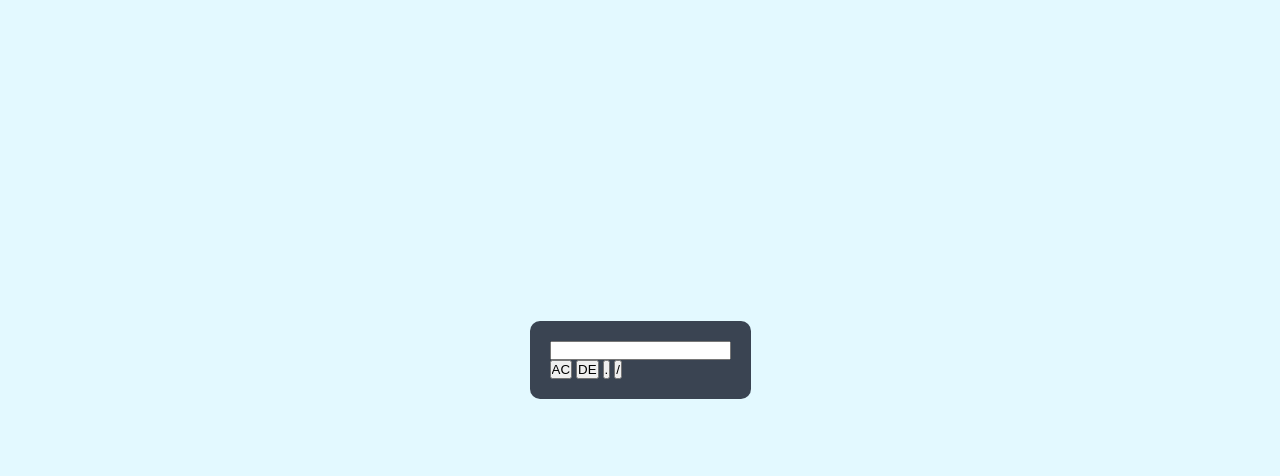
Repository: joeltorcato/CALCULATOR
Page: index.html
An editor plug-in stored every save of this project. The page is shown before and after the next save, followed by the edit.
The browser window is 1280 px wide. The pictures show the whole page.

Above is the page before, as saved 2023-12-31 18:59:18.

### index.html
<!DOCTYPE html>
<html lang="en">
<head>
    <meta charset="UTF-8">
    <meta name="viewport" content="width=device-width, initial-scale=1.0">
    <link rel="stylesheet" href="style.css">
    <title>CALCULATOR | JOEL TORCATO</title>
</head>
<body>
    <div class="container">
        <div class="calculator">
            <form>
                <div>
                    <input type="text" name="display">
                </div>
                <div>
                    <input type="button" value="AC">
                    <input type="button" value="DE">
                    <input type="button" value=".">
                    <input type="button" value="/">
                </div>
            </form>
        </div>
    </div>
</body>
</html>

### style.css
*{
    margin: 0;
    padding: 0;
    font-family: 'Poppins' sans-serif;
    box-sizing: border-box;
}

/*container*/
.container{
    width: 100%;
    height: 100vh;
    background: #e3f9ff;
    display: flex;
    align-items: center;
    justify-content: center;
}

/*calculator*/
.calculator{
    background: #3a4452;
    padding: 20px;
    border-radius: 10px;
}

After the next save:
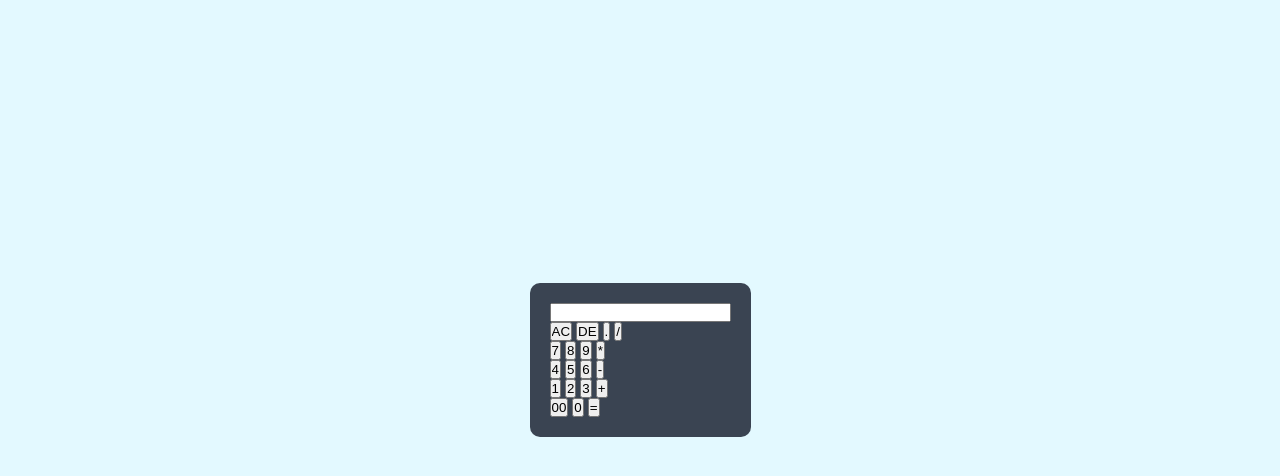
Saved 115 s later.
--- a/index.html
+++ b/index.html
@@ -19,6 +19,29 @@
                     <input type="button" value=".">
                     <input type="button" value="/">
                 </div>
+                <div>
+                    <input type="button" value="7">
+                    <input type="button" value="8">
+                    <input type="button" value="9">
+                    <input type="button" value="*">
+                </div>
+                <div>
+                    <input type="button" value="4">
+                    <input type="button" value="5">
+                    <input type="button" value="6">
+                    <input type="button" value="-">
+                </div>
+                <div>
+                    <input type="button" value="1">
+                    <input type="button" value="2">
+                    <input type="button" value="3">
+                    <input type="button" value="+">
+                </div>
+                <div>
+                    <input type="button" value="00">
+                    <input type="button" value="0">
+                    <input type="button" value="=">
+                </div>
             </form>
         </div>
     </div>
